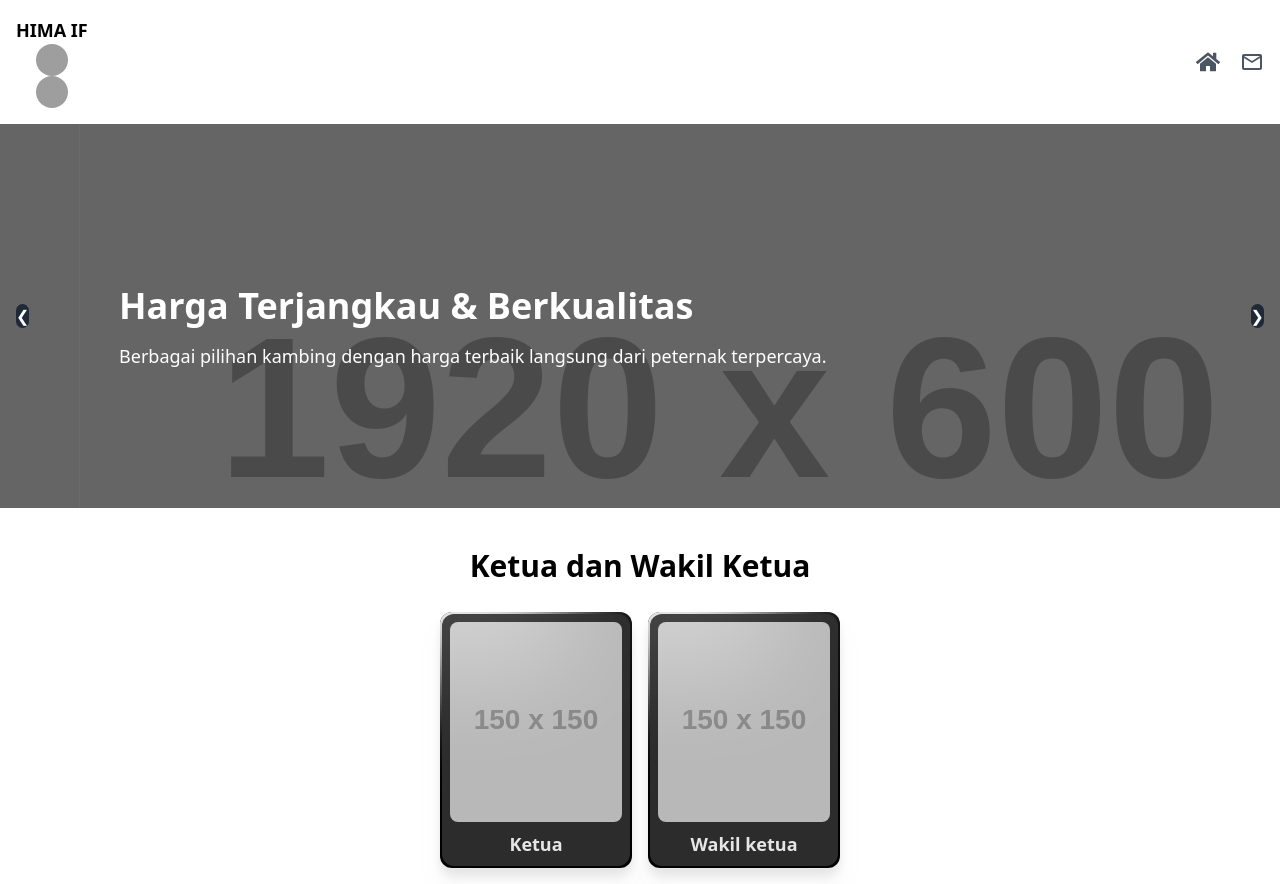
Repository: MUHAMADTEGARWIJAYA/himaif
Page: /
The author's editor kept a copy of each file at every save. The page is drawn from the files as they stood at one save, then again after the next save.
The browser window is 1280 px wide. The pictures show the whole page.
Pictures or frames that could not be fetched are drawn as grey boxes. The project was rebuilt for these pictures with package versions that can differ from the ones it lists, and the page was loaded fresh each time. Also part of the build but not shown: vite.config.js.

Above is the page before, as saved 2024-12-21 14:18:51.

### src/main.jsx
import React from 'react'
import ReactDOM from "react-dom/client"
import './index.css'
import App from './App.jsx'
import { BrowserRouter } from 'react-router-dom'

ReactDOM.createRoot(document.getElementById('root')).render(
  <React.StrictMode>
    <BrowserRouter>
    <App />
    </BrowserRouter>
  </React.StrictMode>
);

### src/App.jsx
import { Routes, Route } from "react-router-dom";
import Slider from "./pages/Content";
import LandingPage from "./layout/LandingPageLay";
import Card from "./pages/Members";

export default function App() {
  return (
    <Routes>
      <Route element={<LandingPage />}>
         <Route path="/" element={<Slider   />}/>
         <Route path="/" element={<Card   />}/>
      </Route>
    </Routes>
  );
}

### src/pages/Content.jsx
import { useState, useEffect } from "react";

const Slider = () => {
  const slides = [
    {
      id: 1,
      image: "https://via.placeholder.com/1920x600", // Ganti dengan URL gambar
      title: "Mudah & Transparan! Kambing Langsung dari Peternak",
      description:
        "Akses langsung ke peternak, harga transparan, dan kualitas terjamin. Pilih kambing untuk kebutuhan Anda hanya di sini!, jdsudvudvbduvbdvbdiobvbvsudvds",
    },
    {
      id: 2,
      image: "https://via.placeholder.com/1920x600", // Ganti dengan URL gambar
      title: "Harga Terjangkau & Berkualitas",
      description:
        "Berbagai pilihan kambing dengan harga terbaik langsung dari peternak terpercaya.",
    },
    {
      id: 3,
      image: "https://via.placeholder.com/1920x600", // Ganti dengan URL gambar
      title: "Pesan Sekarang, Nikmati Kemudahan",
      description:
        "Proses cepat, aman, dan terintegrasi untuk kebutuhan kambing Anda.",
    },
  ];

  const [currentIndex, setCurrentIndex] = useState(0);

  useEffect(() => {
    const interval = setInterval(() => {
      setCurrentIndex((prevIndex) =>
        prevIndex === slides.length - 1 ? 0 : prevIndex + 1
      );
    }, 5000); // Ganti dengan waktu delay (ms)
    return () => clearInterval(interval);
  }, [slides.length]);

  const prevSlide = () => {
    setCurrentIndex(currentIndex === 0 ? slides.length - 1 : currentIndex - 1);
  };

  const nextSlide = () => {
    setCurrentIndex((currentIndex + 1) % slides.length);
  };

  return (
    <div className="relative w-full h-96 overflow-hidden">
      <div
        className="flex transition-transform duration-1000"
        style={{ transform: `translateX(-${currentIndex * 100}%)` }}
      >
        {slides.map((slide) => (
          <div
            key={slide.id}
            className="w-full h-[600px] flex-shrink-0 relative"
            style={{
              backgroundImage: `url(${slide.image})`,
              backgroundSize: "cover",
              backgroundPosition: "center",
            }}
          >
            <div className="absolute inset-0 bg-black bg-opacity-50 flex flex-col justify-center mb-48 items-start p-10 text-white">
              <h1 className="text-4xl font-bold mb-4">{slide.title}</h1>
              <p className="text-lg">{slide.description}</p>
            </div>
          </div>
        ))}
      </div>
      <button
        onClick={prevSlide}
        className="absolute top-1/2 left-4 -translate-y-1/2 bg-gray-800 text-white rounded-full"
      >
        &#10094;
      </button>
      <button
        onClick={nextSlide}
        className="absolute top-1/2 right-4 -translate-y-1/2 bg-gray-800 text-white rounded-full"
      >
        &#10095;
      </button>
    </div>
  );
};

export default Slider;

### src/layout/LandingPageLay.jsx
import Navbar from '../pages/Navbar';

import App from "../pages/Members";
import Slider from "../pages/Content";

const LandigPage = () => {
    return (
        <div className='bg-white'>
            <Navbar />
             <Slider />
             <App />
         </div>
    );
};

export default LandigPage;

### src/pages/Members.jsx
import PropTypes from "prop-types";

const Card = ({ title, image }) => {
  return (

    <div className="relative drop-shadow-xl w-48 h-64 overflow-hidden rounded-xl bg-black transform transition-transform hover:scale-105 hover:rotate-2">
      <div className="absolute inset-0.5 flex flex-col items-center justify-between text-white z-[1] opacity-90 rounded-xl bg-[#323132] p-2">
        <img
          src={image}
          alt={title}
          className="w-full h-52 object-cover rounded-lg"
        />
        <h3 className="text-lg font-semibold mt-2">{title}</h3>
      </div>
      <div className="absolute w-56 h-48 bg-white blur-[50px] -left-1/2 -top-1/2"></div>
    </div>
  );
};

Card.propTypes = {
  title: PropTypes.string.isRequired,
  image: PropTypes.string.isRequired,
};

const App = () => {
  const cards = [
    {
      title: "Ketua",
      image: "https://via.placeholder.com/150",
    },
    {
      title: "Wakil ketua",
      image: "https://via.placeholder.com/150",
    },
  ];


  return (
    <div className=" ">
       <h1 className="text-3xl font-bold mt-10 text-center bg-clip-text text-black font-sans">
        Ketua dan Wakil Ketua
        </h1>
                    {/*Ketua dan wakil  */}
                    <div className="flex flex-wrap justify-center gap-4 mt-3 p-4">
                    {cards.map((card, index) => (
                        <Card key={index} title={card.title} image={card.image} />
                    ))}
                    </div>
    </div>
  );
};

export default App;

### src/pages/Navbar.jsx
import  { useState, useEffect } from "react";
import { FaHome } from "react-icons/fa";
import { MdOutlineEmail } from "react-icons/md";

const Navbar = () => {
  const [isVisible, setIsVisible] = useState(true);

  useEffect(() => {
    const handleScroll = () => {
      // Check scroll position
      if (window.scrollY > 50) {
        setIsVisible(false); // Hide when scrolled down
      } else {
        setIsVisible(true); // Show when at top
      }
    };

    window.addEventListener("scroll", handleScroll);

    // Cleanup event listener on unmount
    return () => {
      window.removeEventListener("scroll", handleScroll);
    };
  }, []);

  return (
    <div className="relative">
      <div
        className={`flex items-center p-4 bg-transparent justify-between space-x-5 text-white transition-transform duration-300 ${
          isVisible ? "translate-y-0" : "-translate-y-full"
        }`}
      >
        {/* Bagian Kiri */}
        <div className="flex flex-col-reverse items-center">
            <img
              src="image.jpg" // Gunakan default jika avatar kosong
              alt="User Avatar"
              className="w-8 h-8 rounded-full"
            />
            <img
              src="image.jpg" // Gunakan default jika avatar kosong
              alt="User Avatar"
              className="w-8 h-8 rounded-full"
            />
          <span className="text-lg font-bold text-black">HIMA IF</span>
        </div>

        {/* Bagian Kanan */}
        <div className="flex items-center relative space-x-5">
          <button className="text-gray-600 hover:text-gray-800">
            <FaHome className="w-6 h-6" />
          </button>
          <button className="text-gray-600 hover:text-gray-800">
            <MdOutlineEmail className="w-6 h-6" />
          </button>
          {/* Avatar */}

        </div>
      </div>
    </div>
  );
};

export default Navbar;

Loaded but not shown: index.html (common file); src/index.css (common file); tailwind.config.js (common file)

After the next save:
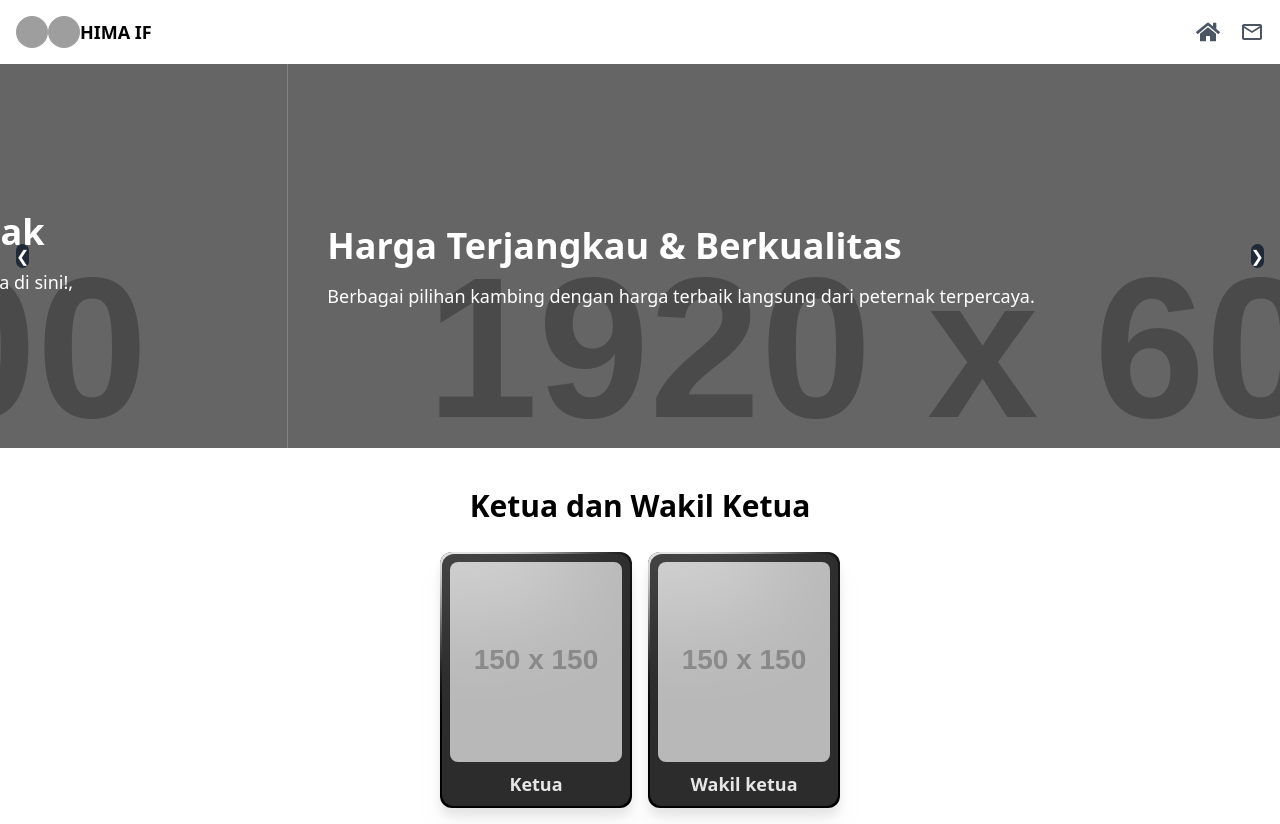
Saved 8 s later.
--- a/src/pages/Navbar.jsx
+++ b/src/pages/Navbar.jsx
@@ -31,7 +31,7 @@
         }`}
       >
         {/* Bagian Kiri */}
-        <div className="flex flex-col-reverse items-center">
+        <div className="flex flex-wrap items-center">
             <img
               src="image.jpg" // Gunakan default jika avatar kosong
               alt="User Avatar"

After the 2 saves that followed:
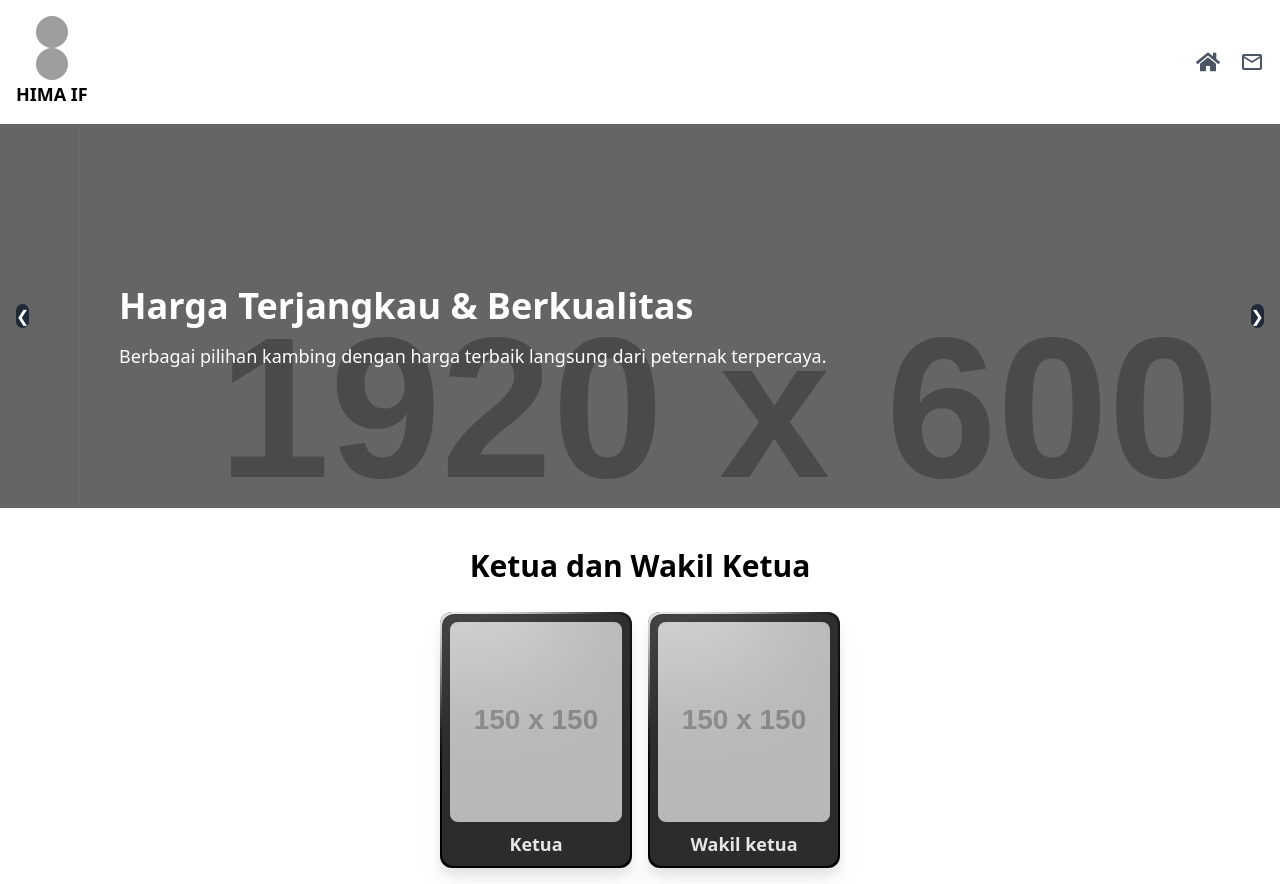
The 2 saves are shown as one change because 1 left the picture as it was.
The last was saved 14 s later.
--- a/src/pages/Navbar.jsx
+++ b/src/pages/Navbar.jsx
@@ -31,7 +31,7 @@
         }`}
       >
         {/* Bagian Kiri */}
-        <div className="flex flex-wrap items-center">
+        <div className="flex flex-col items-center">
             <img
               src="image.jpg" // Gunakan default jika avatar kosong
               alt="User Avatar"
